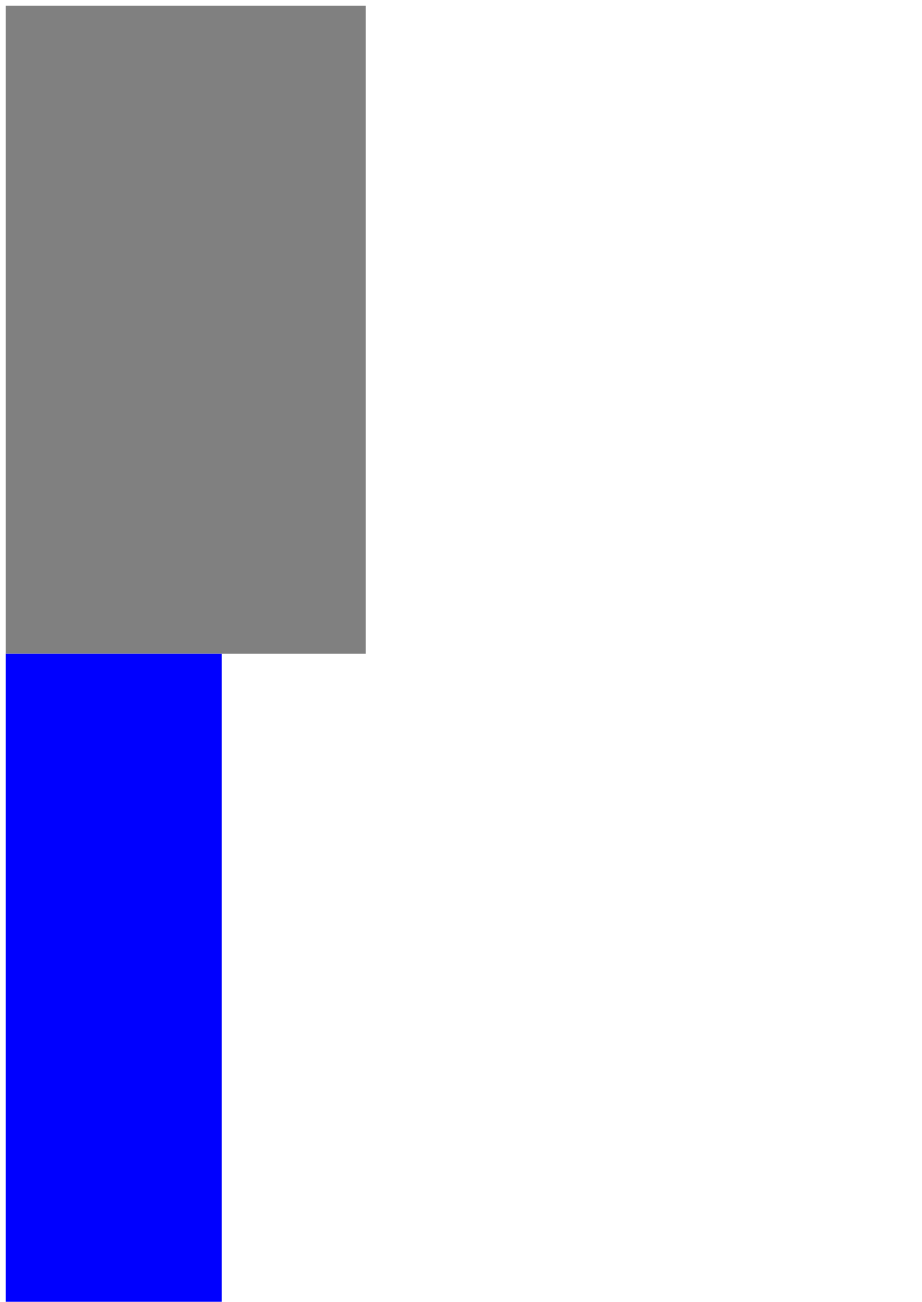
Repository: Tobby004/bdc-assignment-3
Page: task.html
The author's editor kept a copy of each file at every save. The page is drawn from the files as they stood at one save, then again after the next save.
The browser window is 1280 px wide. The pictures show the whole page, at 72% of full size.

Above is the page before, as saved 2023-02-21 02:15:53.

### task.html
<!DOCTYPE html>
<html lang="en">
<head>
    <meta charset="UTF-8">
    <meta http-equiv="X-UA-Compatible" content="IE=edge">
    <meta name="viewport" content="width=device-width, initial-scale=1.0">
    <title>Sign Up</title>
    <link rel="stylesheet" href="task.css"
</head>
<body>
    <div class="box-container">
    <div class="box1">

    </div>
    <div class="box2">

    </div>

    </div>

</body>
</html>

### task.css
*{
    box-sizing: border-box;
}
box.container {
    display: flex;
    width: 600px;
    height: 500px;
    margin: 0 auto;
    border: 1px red;
}
.box1 {
     width: 500px;
     height: 900px;
     background-color: grey;
     border: 10px;
     border-color: blue;
}
.box2 {
 float: left;
width: 300px;
height: 900px;
background-color: blue;
}
body {
    background-color: white;
}
header img {
    width: 100px;

}

After the next save:
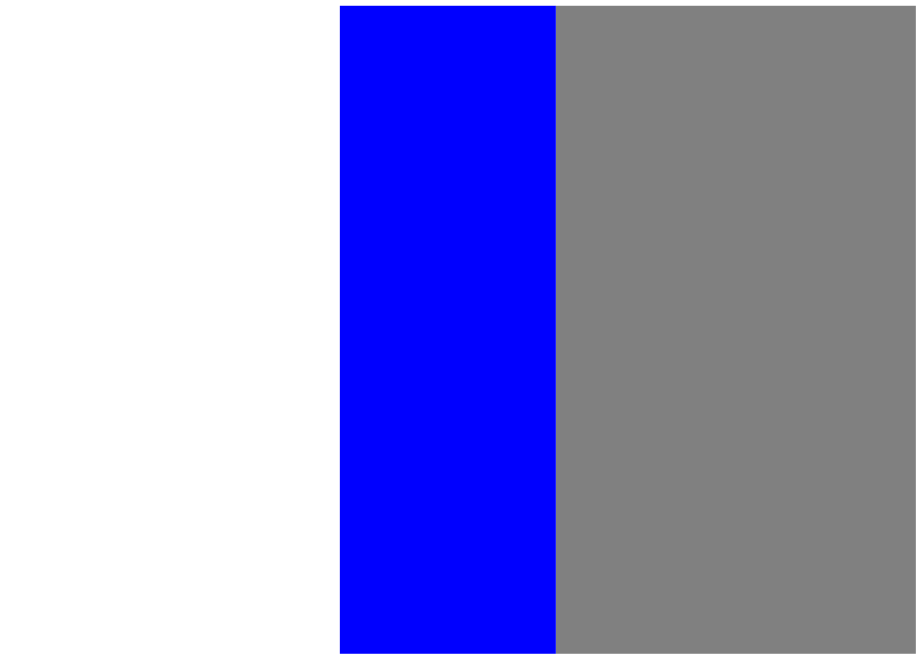
Saved 52 s later.
--- a/task.css
+++ b/task.css
@@ -9,6 +9,7 @@ box.container {
     border: 1px red;
 }
 .box1 {
+    float: right;
      width: 500px;
      height: 900px;
      background-color: grey;
@@ -16,7 +17,7 @@ box.container {
      border-color: blue;
 }
 .box2 {
- float: left;
+    float: right;
 width: 300px;
 height: 900px;
 background-color: blue;
